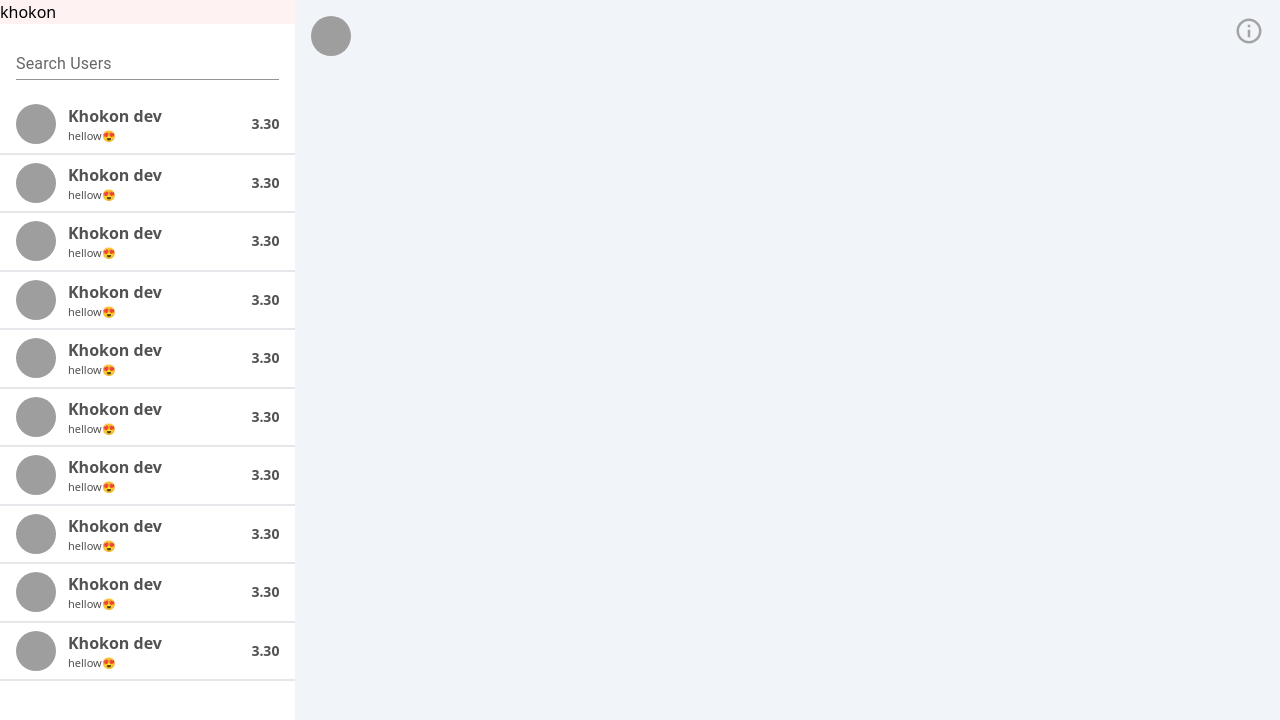
Repository: satya-ranjon/Instagram-clone-dev
Page: /inbox
The author's editor kept a copy of each file at every save. The page is drawn from the files as they stood at one save, then again after the next save.
The browser window is 1280 px wide. The pictures show the whole page.
Pictures or frames that could not be fetched are drawn as grey boxes. The project was rebuilt for these pictures with package versions that can differ from the ones it lists, and the page was loaded fresh each time. Also part of the build but not shown: src/components/RightSideBar.jsx, src/components/Home/SinglePost.jsx, src/components/Home/PostList.jsx, src/components/Home/closeBtn.jsx, src/components/Home/newPostSectionOne.jsx, src/components/Home/NewPost.jsx, src/components/Home/Home.jsx, src/Assets/Logo.jsx and 8 more.

Above is the page before, as saved 2022-04-23 03:36:06.

After the next save:
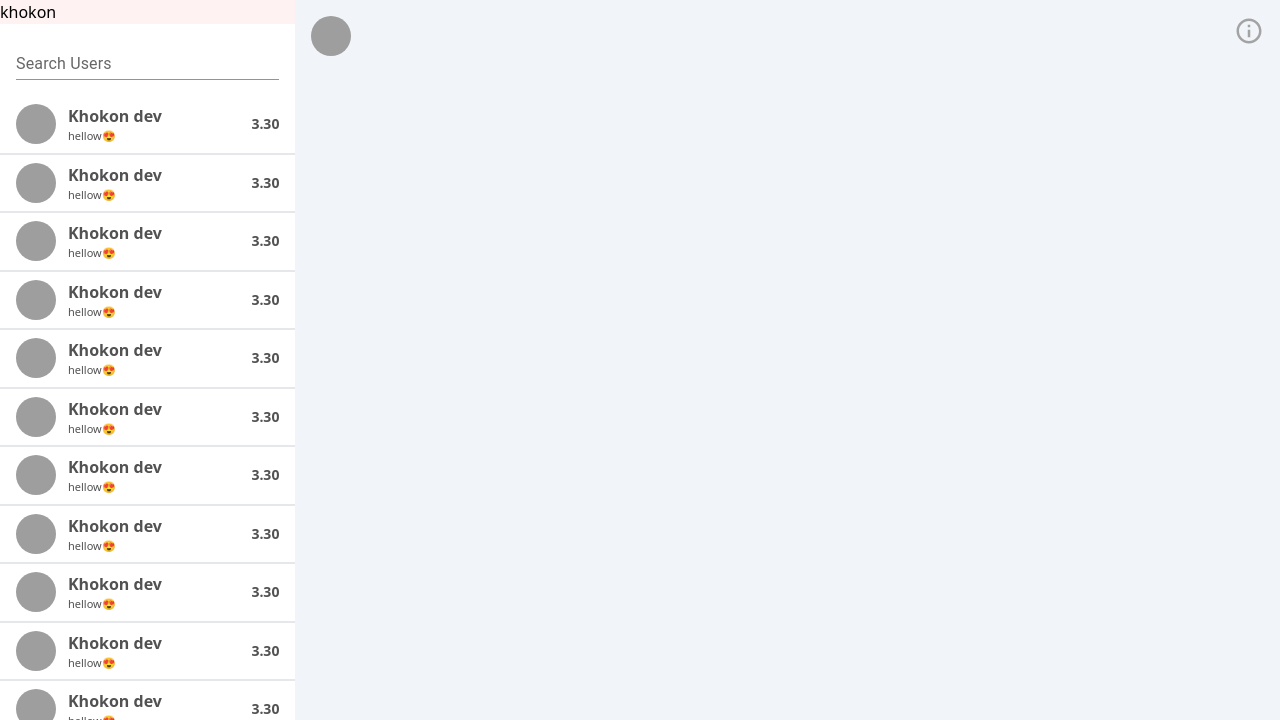
Saved 9 s later.
--- a/src/components/Inbox/InboxContainer.jsx
+++ b/src/components/Inbox/InboxContainer.jsx
@@ -22,6 +22,20 @@
             <UserList />
             <UserList />
             <UserList />
+            <UserList />
+            <UserList />
+            <UserList />
+            <UserList />
+            <UserList />
+            <UserList />
+            <UserList />
+            <UserList />
+            <UserList />
+            <UserList />
+            <UserList />
+            <UserList />
+            <UserList />
+            <UserList />
           </div>
         </div>
 
